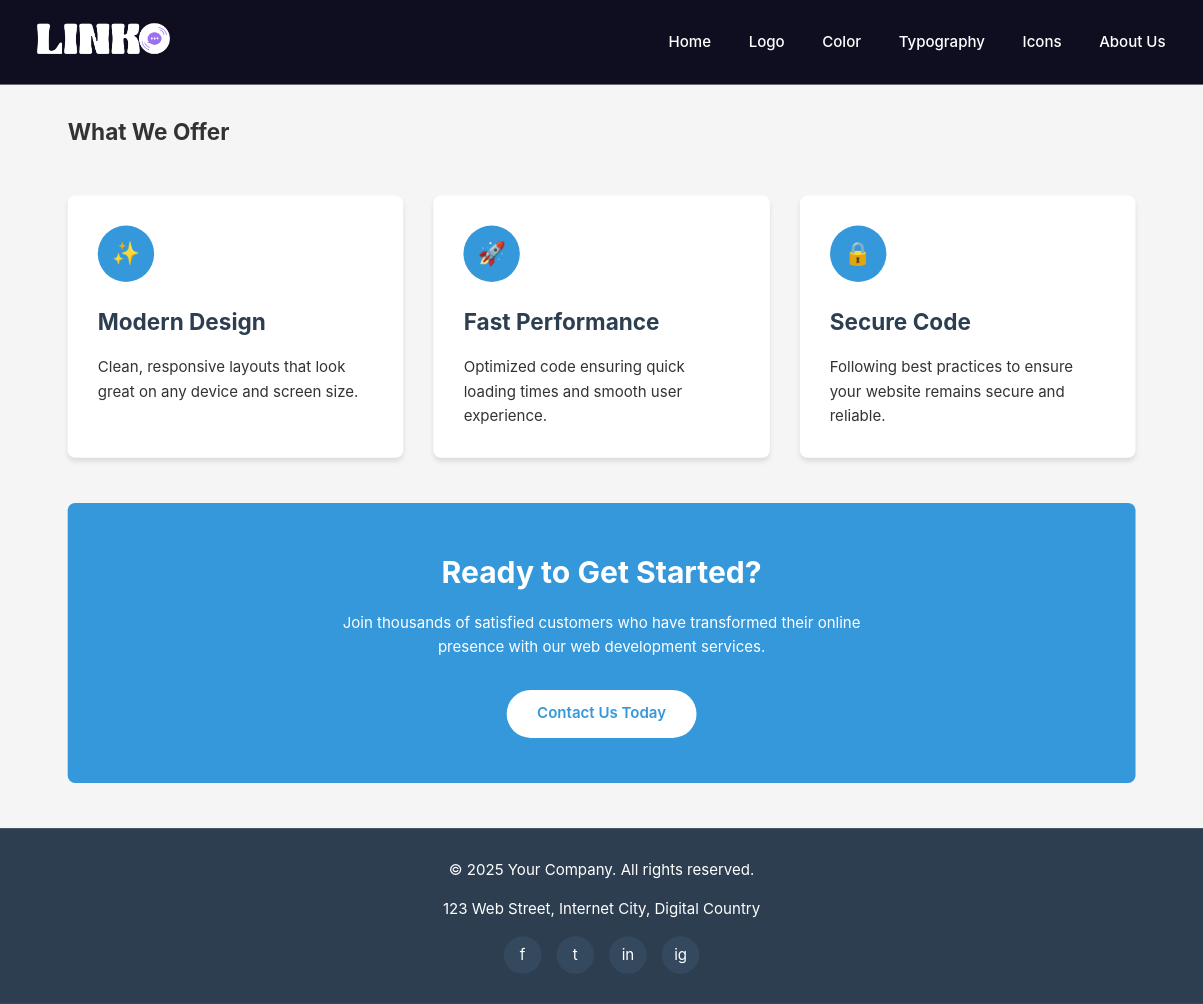
Repository: primcharlin/LINKO-A5Styleguide
Page: index.html
The author's editor kept a copy of each file at every save. The page is drawn from the files as they stood at one save, then again after the next save.
The browser window is 1280 px wide. The pictures show the whole page, at 94% of full size.

Above is the page before, as saved 2025-04-09 14:14:50.

### index.html
<!DOCTYPE html>
<html lang="en">
<head>
    <meta charset="UTF-8">
    <meta name="viewport" content="width=device-width, initial-scale=1.0">
    <title>Modern Website</title>
    <link rel="stylesheet" href="styles.css">
</head>
<body>
    <header>
        <div class="logo">
            <img src="img/linko-logo.png" alt="LINKO Logo">
        </div>
        <div class="nav-divider"></div>

        <nav>
            <ul>
                <li><a href="#">Home</a></li>
                <li><a href="#">Logo</a></li>
                <li><a href="#">Color</a></li>
                <li><a href="#">Typography</a></li>
                <li><a href="#">Icons</a></li>
                <li><a href="#">About Us</a></li>
            </ul>
        </nav>
    </header>

    <main>
        <section>
            <h2>What We Offer</h2>
            <div class="features">
                <div class="feature-card">
                    <div class="feature-icon">✨</div>
                    <h3>Modern Design</h3>
                    <p>Clean, responsive layouts that look great on any device and screen size.</p>
                </div>

                <div class="feature-card">
                    <div class="feature-icon">🚀</div>
                    <h3>Fast Performance</h3>
                    <p>Optimized code ensuring quick loading times and smooth user experience.</p>
                </div>

                <div class="feature-card">
                    <div class="feature-icon">🔒</div>
                    <h3>Secure Code</h3>
                    <p>Following best practices to ensure your website remains secure and reliable.</p>
                </div>
            </div>
        </section>

        <section class="cta">
            <h2>Ready to Get Started?</h2>
            <p>Join thousands of satisfied customers who have transformed their online presence with our web development services.</p>
            <a href="#" class="btn">Contact Us Today</a>
        </section>
    </main>

    <footer>
        <p>© 2025 Your Company. All rights reserved.</p>
        <p>123 Web Street, Internet City, Digital Country</p>
        <div class="social-links">
            <a href="#" class="social-icon">f</a>
            <a href="#" class="social-icon">t</a>
            <a href="#" class="social-icon">in</a>
            <a href="#" class="social-icon">ig</a>
        </div>
    </footer>
</body>
</html>

### styles.css
/* Reset styles */
* {
    margin: 0;
    padding: 0;
    box-sizing: border-box;
    font-family: Inter;
}

/* Body styles */
body {
    background-color: #f5f5f5;
    color: #333;
    line-height: 1.6;
}

/* Header styles */
header {
    background-color: #0F0E21;
    color: white;
    padding: 1rem 2rem;
    display: flex;
    justify-content: space-between;
    align-items: center;
}

.nav-divider {
    height: 2px;
    margin-bottom: 20px;
    background: var(--background-default-dark-mode, linear-gradient(270deg, #9B71F1 0%, #3F3A87 48.08%, #0F0E21 100%));
}

.logo img {
    height: 50px; /* Adjust based on your preference */
    width: auto; /* Maintains aspect ratio */
    max-width: 400px; /* Prevents logo from being too wide */
}

header h1 {
    font-size: 1.8rem;
}

header p {
    font-size: 0.9rem;
}

/* Navigation styles */
nav {
    display: flex;
    align-items: center;
}

nav ul {
    display: flex;
    list-style: none;
    gap: 1.5rem;
}

nav a {
    color: white;
    text-decoration: none;
    font-weight: 500;
    transition: color 0.3s;
    padding: 0.5rem;
}

nav a:hover {
    color: #3498db;
}

/* Main content styles */
main {
    max-width: 1200px;
    margin: 2rem auto;
    padding: 0 2rem;
}

/* Features section */
.features {
    display: flex;
    flex-wrap: wrap;
    gap: 2rem;
    margin: 3rem 0;
}

.feature-card {
    flex: 1;
    min-width: 300px;
    background-color: white;
    padding: 2rem;
    border-radius: 8px;
    box-shadow: 0 4px 6px rgba(0, 0, 0, 0.1);
    transition: transform 0.3s, box-shadow 0.3s;
}

.feature-card:hover {
    transform: translateY(-5px);
    box-shadow: 0 10px 15px rgba(0, 0, 0, 0.1);
}

.feature-card h3 {
    color: #2c3e50;
    margin-bottom: 1rem;
    font-size: 1.5rem;
}

.feature-icon {
    background-color: #3498db;
    color: white;
    width: 60px;
    height: 60px;
    display: flex;
    align-items: center;
    justify-content: center;
    border-radius: 50%;
    margin-bottom: 1.5rem;
    font-size: 1.5rem;
}

/* CTA section */
.cta {
    background-color: #3498db;
    padding: 3rem 2rem;
    text-align: center;
    margin: 3rem 0;
    border-radius: 8px;
    color: white;
}

.cta h2 {
    font-size: 2rem;
    margin-bottom: 1rem;
}

.cta p {
    max-width: 600px;
    margin: 0 auto 2rem;
}

.btn {
    display: inline-block;
    background-color: white;
    color: #3498db;
    padding: 0.8rem 2rem;
    border-radius: 50px;
    text-decoration: none;
    font-weight: 600;
    transition: background-color 0.3s, transform 0.3s;
}

.btn:hover {
    background-color: #f5f5f5;
    transform: scale(1.05);
}

/* Footer styles */
footer {
    background-color: #2c3e50;
    color: white;
    padding: 2rem;
    text-align: center;
}

footer p {
    margin-bottom: 1rem;
}

.social-links {
    display: flex;
    justify-content: center;
    gap: 1rem;
    margin-top: 1rem;
}

.social-icon {
    background-color: #34495e;
    color: white;
    width: 40px;
    height: 40px;
    display: flex;
    align-items: center;
    justify-content: center;
    border-radius: 50%;
    text-decoration: none;
    transition: background-color 0.3s;
}

.social-icon:hover {
    background-color: #3498db;
}

/* Responsive styles */
@media (max-width: 900px) {
    header {
        flex-direction: column;
        padding: 1rem;
        text-align: center;
    }

    .logo {
        margin-bottom: 1rem;
    }

    nav ul {
        flex-wrap: wrap;
        justify-content: center;
        gap: 1rem 1.5rem;
    }
}

@media (max-width: 600px) {
    .features {
        flex-direction: column;
    }
}

After the next save:
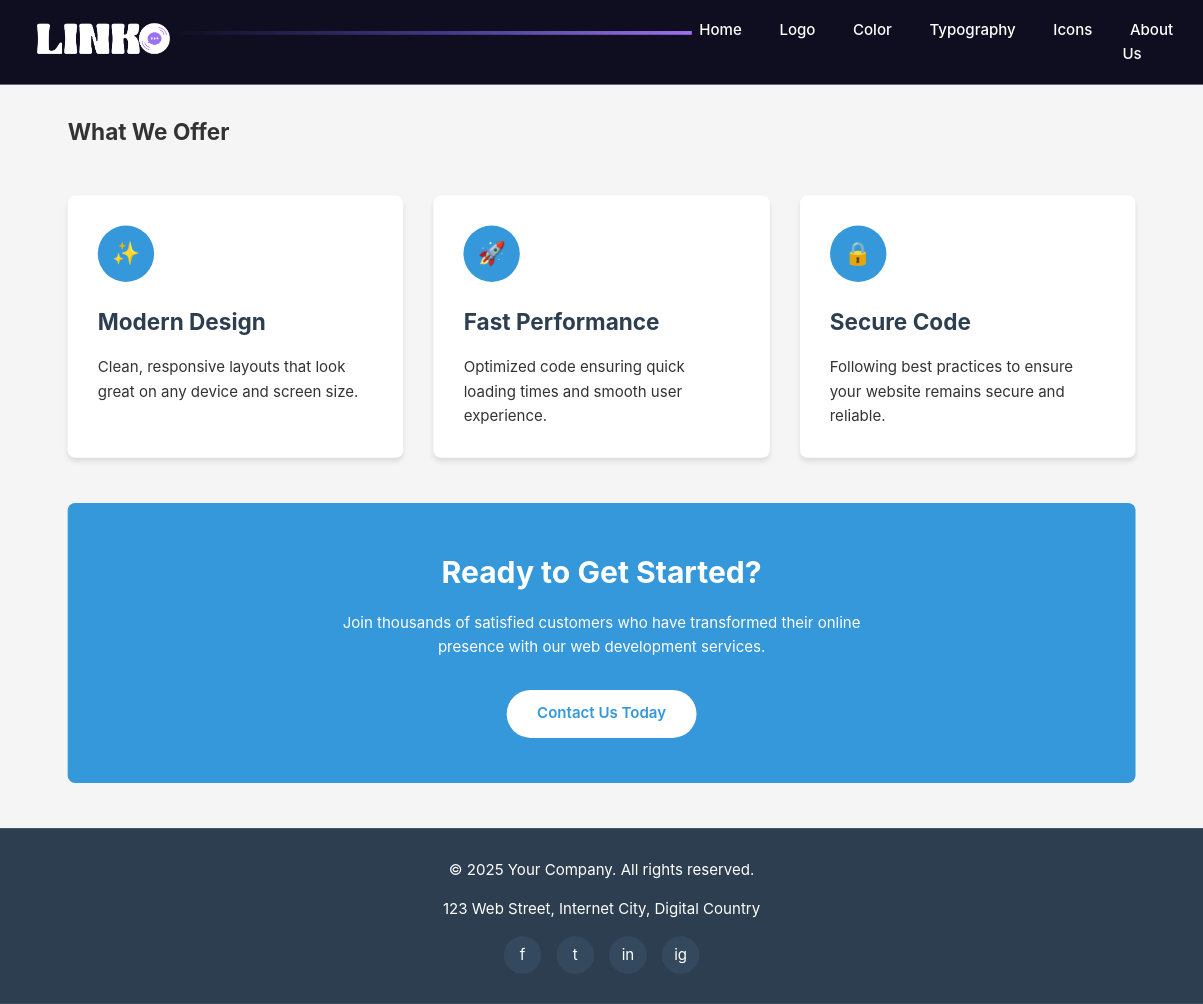
Saved 3 min 19 s later.
--- a/styles.css
+++ b/styles.css
@@ -24,7 +24,8 @@ header {
 }
 
 .nav-divider {
-    height: 2px;
+    width: 1440px;
+    height: 4px;
     margin-bottom: 20px;
     background: var(--background-default-dark-mode, linear-gradient(270deg, #9B71F1 0%, #3F3A87 48.08%, #0F0E21 100%));
 }
